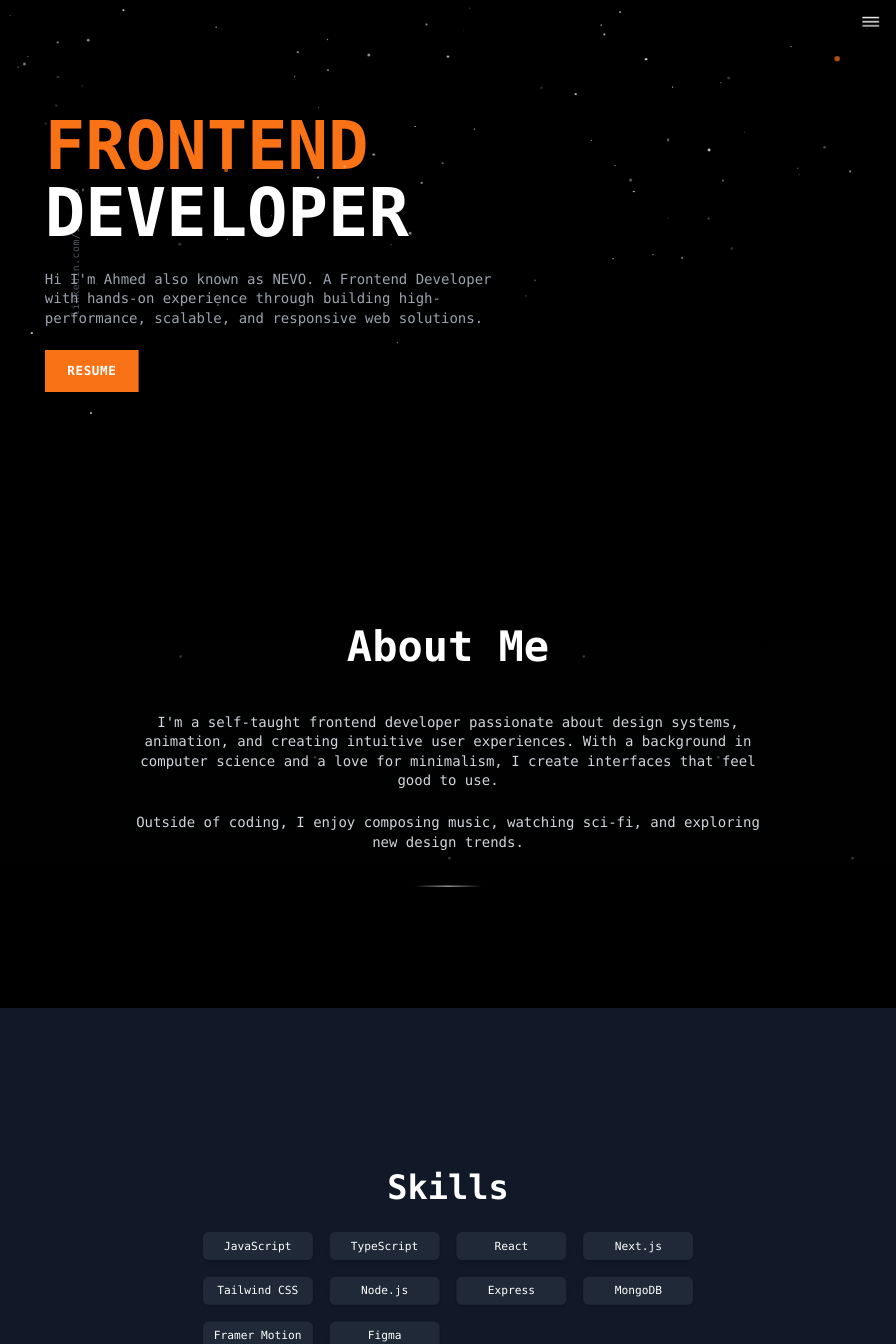
Repository: AnupriyaBiswas/Portfolio
Page: /
An editor plug-in stored every save of this project. The page is shown before and after the next save, followed by the edit.
The browser window is 1280 px wide. The pictures show the part of the page from y = 0 to 1920 px (the page is 4324 px tall), at 70% of full size.
The project was rebuilt for these pictures with package versions that can differ from the ones it lists, and the page was loaded fresh each time. Some packages were replaced by stand-ins written for this rebuild. The framework's server and built-in components were replaced by stand-ins that run in the browser. Also part of the build but not shown: next.config.js.

Above is the page before, as saved 2025-07-15 10:41:28.

### pages/_app.js
// D:\Programs\Projects\portfolio\pages\_app.js
import "../styles/globals.css";

export default function App({ Component, pageProps }) {
  return <Component {...pageProps} />;
}

### pages/_document.js
// D:\Programs\Projects\portfolio\pages\_document.js
import { Html, Head, Main, NextScript } from "next/document";

export default function Document() {
  return (
    <Html lang="en">
      <Head>
        <link rel="icon" href="/assets/avatar.png" />
        <meta name="theme-color" content="#000000" />
        <meta name="description" content="Portfolio Website" />
        <link
          href="https://fonts.googleapis.com/css2?family=Fira+Code&display=swap"
          rel="stylesheet"
        />
      </Head>
      <body className="bg-black text-white font-mono">
        <Main />
        <NextScript />
      </body>
    </Html>
  );
}

### pages/index.js
// D:\Programs\Projects\portfolio\pages\index.js
import Head from "next/head";
import Main from "../components/Main";

export default function Home() {
  return (
    <>
      <Head>
        <title>Portfolio</title>
      </Head>
      <Main />
    </>
  );
}

### styles/globals.css
/* D:\Programs\Projects\portfolio\styles\globals.css */

@tailwind base;
@tailwind components;
@tailwind utilities;

/* Custom font (like Nevo uses) */
body {
  font-family: 'Fira Code', monospace;
  scroll-behavior: smooth;
  background-color: #000;
  color: #fff;
}

/* Scrollbar styling */
::-webkit-scrollbar {
  width: 8px;
}
::-webkit-scrollbar-thumb {
  background-color: #444;
  border-radius: 4px;
}
::-webkit-scrollbar-track {
  background-color: #111;
}

/* Anchor hover underline */
a {
  transition: color 0.3s ease;
}
a:hover {
  text-decoration: underline;
}

/* Smooth section animation */
section {
  transition: opacity 0.5s ease, transform 0.5s ease;
}

### components/Main.jsx
// D:\Programs\Projects\portfolio\components\Main.jsx
import React from "react";
import Hero from "./Hero";
import About from "./About";
import Skills from "./Skills";
import Projects from "./Projects";
import Research from "./Research";
import Contact from "./Contact";

const Main = () => {
  return (
    <main className="w-full h-full scroll-smooth">
      <Hero />
      <About />
      <Skills />
      <Projects />
      <Research />
      <Contact />
    </main>
  );
};

export default Main;

### components/Hero.jsx
import React, { useEffect, useState } from "react";

const Hero = () => {
  const [stars, setStars] = useState([]);

  useEffect(() => {
    // Generate random stars
    const generateStars = () => {
      const newStars = [];
      for (let i = 0; i < 150; i++) {
        newStars.push({
          id: i,
          x: Math.random() * 100,
          y: Math.random() * 100,
          size: Math.random() * 3 + 1,
          opacity: Math.random() * 0.8 + 0.2,
          animationDelay: Math.random() * 3,
        });
      }
      setStars(newStars);
    };

    generateStars();
  }, []);

  return (
    <section
      id="hero"
      className="min-h-screen flex items-center justify-between px-4 md:px-16 bg-black text-white relative overflow-hidden"
    >
      {/* Animated Stars Background */}
      <div className="absolute inset-0 overflow-hidden z-20">
        {stars.map((star) => (
          <div
            key={star.id}
            className="absolute rounded-full bg-white"
            style={{
              left: `${star.x}%`,
              top: `${star.y}%`,
              width: `${star.size}px`,
              height: `${star.size}px`,
              opacity: star.opacity,
              animation: `fall ${15 + Math.random() * 10}s linear infinite`,
              animationDelay: `${star.animationDelay}s`,
            }}
          />
        ))}
      </div>

      {/* Add keyframe animations */}
      <style jsx>{`
        @keyframes fall {
          0% {
            transform: translateY(-100vh);
          }
          100% {
            transform: translateY(100vh);
          }
        }

        @keyframes floatUp {
          0% {
            transform: translateY(100vh) rotate(0deg);
          }
          10% {
            transform: translateY(85vh) rotate(1deg);
          }
          20% {
            transform: translateY(70vh) rotate(-0.5deg);
          }
          30% {
            transform: translateY(50vh) rotate(1.5deg);
          }
          40% {
            transform: translateY(35vh) rotate(-1deg);
          }
          50% {
            transform: translateY(20vh) rotate(0.5deg);
          }
          60% {
            transform: translateY(10vh) rotate(-1.5deg);
          }
          70% {
            transform: translateY(-5vh) rotate(1deg);
          }
          80% {
            transform: translateY(-20vh) rotate(-0.5deg);
          }
          87% {
            transform: translateY(-100vh) rotate(0deg);
          }
          100% {
            transform: translateY(-100vh) rotate(0deg);
          }
        }
      `}</style>

      {/* Hamburger Menu */}
      <div className="absolute top-6 right-6 z-50">
        <button className="flex flex-col space-y-1 cursor-pointer">
          <div className="w-6 h-0.5 bg-white"></div>
          <div className="w-6 h-0.5 bg-white"></div>
          <div className="w-6 h-0.5 bg-white"></div>
        </button>
      </div>

      {/* Left Side - Main Content */}
      <div className="flex-1 max-w-3xl z-10">
        <h1 className="text-6xl md:text-8xl font-bold leading-tight mb-8">
          <span className="text-orange-500">FRONTEND</span>
          <br />
          <span className="text-white">DEVELOPER</span>
        </h1>

        <p className="text-gray-400 text-lg md:text-xl mb-8 max-w-2xl leading-relaxed">
          Hi I'm Ahmed also known as NEVO. A Frontend Developer with
          hands-on experience through building high-performance, scalable,
          and responsive web solutions.
        </p>

        <button className="bg-orange-500 hover:bg-orange-600 text-white px-8 py-4 rounded-none font-semibold text-lg tracking-wider transition-colors duration-300">
          RESUME
        </button>
      </div>

      {/* Right Side - Image */}
      <div className="hidden lg:block flex-1 max-w-md z-10 flex justify-end items-end pr-0 pb-16">
        <img
          src="/assets/with_balloons.png"
          alt="With Balloons"
          className="max-w-full object-contain"
          style={{
            height: '30vh',
            animation: 'floatUp 30s ease-in-out infinite'
          }}
        />
      </div>

      {/* Vertical Text */}
      <div className="absolute left-4 top-1/2 transform -translate-y-1/2 -rotate-90 text-gray-600 text-sm tracking-wider hidden md:block">
        linkedin.com/in/nevo
      </div>

      {/* Decorative Elements */}
      <div className="absolute top-20 right-20 w-2 h-2 bg-orange-500 rounded-full animate-pulse"></div>
      <div className="absolute bottom-32 left-32 w-1 h-1 bg-white rounded-full animate-pulse"></div>
      <div className="absolute top-1/3 left-1/4 w-1.5 h-1.5 bg-orange-500 rounded-full animate-pulse"></div>
    </section>
  );
};

export default Hero;

### components/About.jsx
import React, { useEffect, useRef, useState } from "react";

const About = () => {
  const [isVisible, setIsVisible] = useState(false);
  const sectionRef = useRef(null);

  useEffect(() => {
    const observer = new IntersectionObserver(
      ([entry]) => {
        if (entry.isIntersecting) {
          setIsVisible(true);
        }
      },
      {
        threshold: 0.3,
        rootMargin: "0px 0px -100px 0px"
      }
    );

    if (sectionRef.current) {
      observer.observe(sectionRef.current);
    }

    return () => {
      if (sectionRef.current) {
        observer.unobserve(sectionRef.current);
      }
    };
  }, []);

  return (
    <section
      ref={sectionRef}
      id="about"
      className="min-h-screen flex flex-col justify-center items-center px-4 md:px-20 py-20 bg-black text-white relative overflow-hidden"
    >
      {/* Subtle background gradient */}
      <div className="absolute inset-0 bg-gradient-to-b from-transparent via-gray-900/5 to-transparent"></div>

      <div className="relative z-10 max-w-4xl">
        {/* Animated heading */}
        <h2
          className={`text-4xl md:text-6xl font-bold mb-16 text-center transition-all duration-1000 ease-out ${
            isVisible
              ? 'opacity-100 translate-y-0'
              : 'opacity-0 translate-y-8'
          }`}
          style={{
            transitionDelay: isVisible ? '0.2s' : '0s'
          }}
        >
          About Me
        </h2>

        {/* Animated content container */}
        <div className="space-y-8">
          <p
            className={`text-lg md:text-xl text-gray-300 leading-relaxed text-center transition-all duration-1000 ease-out ${
              isVisible
                ? 'opacity-100 translate-y-0'
                : 'opacity-0 translate-y-8'
            }`}
            style={{
              transitionDelay: isVisible ? '0.4s' : '0s'
            }}
          >
            I'm a self-taught frontend developer passionate about design systems,
            animation, and creating intuitive user experiences. With a background
            in computer science and a love for minimalism, I create interfaces
            that feel good to use.
          </p>

          <p
            className={`text-lg md:text-xl text-gray-300 leading-relaxed text-center transition-all duration-1000 ease-out ${
              isVisible
                ? 'opacity-100 translate-y-0'
                : 'opacity-0 translate-y-8'
            }`}
            style={{
              transitionDelay: isVisible ? '0.6s' : '0s'
            }}
          >
            Outside of coding, I enjoy composing music, watching sci-fi, and
            exploring new design trends.
          </p>
        </div>

        {/* Animated decorative line */}
        <div
          className={`w-24 h-0.5 bg-gradient-to-r from-transparent via-white to-transparent mx-auto mt-12 transition-all duration-1000 ease-out ${
            isVisible
              ? 'opacity-60 scale-x-100'
              : 'opacity-0 scale-x-0'
          }`}
          style={{
            transitionDelay: isVisible ? '0.8s' : '0s'
          }}
        ></div>
      </div>

      {/* Subtle floating particles effect */}
      <div className="absolute inset-0 pointer-events-none">
        {[...Array(6)].map((_, i) => (
          <div
            key={i}
            className={`absolute w-1 h-1 bg-white rounded-full transition-all duration-2000 ease-out ${
              isVisible ? 'opacity-20' : 'opacity-0'
            }`}
            style={{
              left: `${20 + i * 15}%`,
              top: `${30 + (i % 3) * 20}%`,
              animationDelay: `${i * 0.5}s`,
              transitionDelay: isVisible ? `${1 + i * 0.1}s` : '0s'
            }}
          ></div>
        ))}
      </div>
    </section>
  );
};

export default About;

### components/Skills.jsx
// D:\Programs\Projects\portfolio\components\Skills.jsx
import React from "react";

const skills = [
  "JavaScript",
  "TypeScript",
  "React",
  "Next.js",
  "Tailwind CSS",
  "Node.js",
  "Express",
  "MongoDB",
  "Framer Motion",
  "Figma",
];

const Skills = () => {
  return (
    <section
      id="skills"
      className="min-h-screen flex flex-col justify-center items-center px-4 md:px-20 py-20 bg-gray-900 text-white"
    >
      <h2 className="text-3xl md:text-5xl font-bold mb-10 text-center">
        Skills
      </h2>
      <div className="grid grid-cols-2 sm:grid-cols-3 md:grid-cols-4 gap-6 text-center">
        {skills.map((skill, index) => (
          <div
            key={index}
            className="px-4 py-2 bg-gray-800 hover:bg-gray-700 transition rounded-lg shadow-md text-sm md:text-base"
          >
            {skill}
          </div>
        ))}
      </div>
    </section>
  );
};

export default Skills;

### components/Projects.jsx
// D:\Programs\Projects\portfolio\components\Projects.jsx
import React from "react";

const projects = [
  {
    title: "Portfolio Website",
    description:
      "A modern, responsive portfolio built with Next.js and Tailwind CSS, showcasing my work and skills.",
    tech: ["Next.js", "Tailwind", "Framer Motion"],
    link: "https://github.com/nevo/portfolio",
  },
  {
    title: "Weather App",
    description:
      "A minimal weather app using the OpenWeatherMap API to display real-time weather updates.",
    tech: ["React", "API", "CSS Modules"],
    link: "https://github.com/nevo/weather-app",
  },
  {
    title: "Blog Platform",
    description:
      "A Markdown-based blogging platform with syntax highlighting, search, and responsive design.",
    tech: ["Next.js", "MDX", "Tailwind"],
    link: "https://github.com/nevo/blog-platform",
  },
];

const Projects = () => {
  return (
    <section
      id="projects"
      className="min-h-screen flex flex-col justify-center items-center px-4 md:px-20 py-20 bg-black text-white"
    >
      <h2 className="text-3xl md:text-5xl font-bold mb-10 text-center">
        Projects
      </h2>
      <div className="grid gap-10 md:grid-cols-2">
        {projects.map((project, idx) => (
          <div
            key={idx}
            className="bg-gray-900 p-6 rounded-xl border border-gray-700 hover:shadow-lg transition"
          >
            <h3 className="text-2xl font-semibold mb-2">{project.title}</h3>
            <p className="text-gray-400 mb-4">{project.description}</p>
            <div className="flex flex-wrap gap-2 mb-4">
              {project.tech.map((tech, i) => (
                <span
                  key={i}
                  className="text-xs bg-gray-800 text-gray-300 px-2 py-1 rounded"
                >
                  {tech}
                </span>
              ))}
            </div>
            <a
              href={project.link}
              target="_blank"
              rel="noopener noreferrer"
              className="text-blue-400 hover:underline text-sm"
            >
              View Project →
            </a>
          </div>
        ))}
      </div>
    </section>
  );
};

export default Projects;

### components/Research.jsx
// D:\Programs\Projects\portfolio\components\Research.jsx
import React from "react";

const researchItems = [
  {
    title: "Optimizing Neural Interfaces for Real-time Processing",
    summary:
      "A deep learning-based approach to improve latency and accuracy in neural interfaces for prosthetic control.",
    link: "https://example.com/research/neural-interfaces",
  },
  {
    title: "Human Gait Analysis using Multimodal Sensors",
    summary:
      "Research focusing on using EMG and IMU data fusion to differentiate gait patterns in Parkinson's disease.",
    link: "https://example.com/research/gait-analysis",
  },
];

const Research = () => {
  return (
    <section
      id="research"
      className="min-h-screen flex flex-col justify-center items-center px-4 md:px-20 py-20 bg-gray-900 text-white"
    >
      <h2 className="text-3xl md:text-5xl font-bold mb-10 text-center">
        Research
      </h2>
      <div className="grid gap-10 max-w-4xl">
        {researchItems.map((item, index) => (
          <div
            key={index}
            className="bg-gray-800 p-6 rounded-xl border border-gray-700 hover:shadow-lg transition"
          >
            <h3 className="text-2xl font-semibold mb-2">{item.title}</h3>
            <p className="text-gray-400 mb-4">{item.summary}</p>
            <a
              href={item.link}
              target="_blank"
              rel="noopener noreferrer"
              className="text-blue-400 hover:underline text-sm"
            >
              View Research →
            </a>
          </div>
        ))}
      </div>
    </section>
  );
};

export default Research;

### components/Contact.jsx
import React from "react";
import { Activity, Mail } from "lucide-react";

const Contact = () => {
  return (
    <section
      id="contact"
      className="min-h-screen flex flex-col justify-center items-center px-4 md:px-20 py-20 bg-black text-white"
    >
      <h2 className="text-3xl md:text-5xl font-bold mb-10 text-center">
        Contact Me
      </h2>
      <p className="text-lg text-gray-400 mb-8 text-center max-w-xl">
        I'm always open to discussing new projects, creative ideas, or
        opportunities to be part of your visions. Feel free to reach out!
      </p>
      <div className="flex gap-6 mt-4 text-gray-400">
        <a
          href="mailto:youremail@example.com"
          className="hover:text-white transition"
          aria-label="Email"
        >
          <Mail size={28} />
        </a>
        <a
          href="https://github.com/yourgithub"
          target="_blank"
          rel="noopener noreferrer"
          className="hover:text-white transition"
          aria-label="GitHub"
        >
          <Activity size={28} />
        </a>
        <a
          href="https://linkedin.com/in/yourlinkedin"
          target="_blank"
          rel="noopener noreferrer"
          className="hover:text-white transition"
          aria-label="LinkedIn"
        >
          <Activity size={28} />
        </a>
      </div>
    </section>
  );
};

export default Contact;

### tailwind.config.js
/** @type {import('tailwindcss').Config} */
// tailwind.config.js
module.exports = {
  content: [
    "./pages/**/*.{js,ts,jsx,tsx}",
    "./components/**/*.{js,ts,jsx,tsx}",
  ],
  theme: {
    extend: {
      fontFamily: {
        sans: ["Sora", "sans-serif"], // default font
        sora: ["Sora", "sans-serif"],
      },
    },
  },
  plugins: [],
};

After the next save:
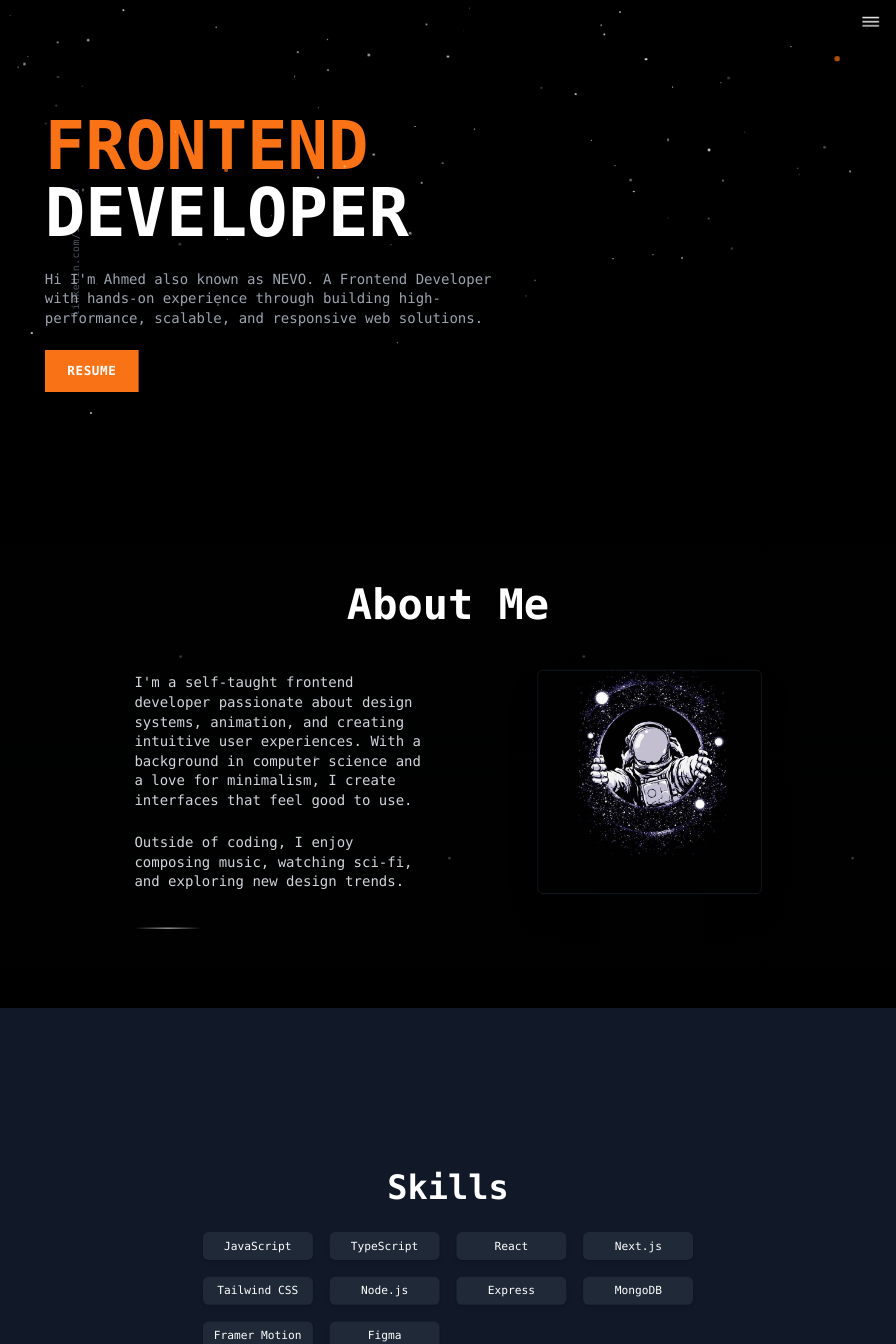
Saved 6 min 37 s later.
--- a/components/About.jsx
+++ b/components/About.jsx
@@ -53,47 +53,68 @@ const About = () => {
         </h2>
 
         {/* Animated content container */}
-        <div className="space-y-8">
-          <p
-            className={`text-lg md:text-xl text-gray-300 leading-relaxed text-center transition-all duration-1000 ease-out ${
+        <div className="grid grid-cols-1 lg:grid-cols-2 gap-12 items-center">
+          {/* Text content */}
+          <div className="space-y-8">
+            <p
+              className={`text-lg md:text-xl text-gray-300 leading-relaxed text-left transition-all duration-1000 ease-out ${
+                isVisible
+                  ? 'opacity-100 translate-y-0'
+                  : 'opacity-0 translate-y-8'
+              }`}
+              style={{
+                transitionDelay: isVisible ? '0.4s' : '0s'
+              }}
+            >
+              I'm a self-taught frontend developer passionate about design systems,
+              animation, and creating intuitive user experiences. With a background
+              in computer science and a love for minimalism, I create interfaces
+              that feel good to use.
+            </p>
+
+            <p
+              className={`text-lg md:text-xl text-gray-300 leading-relaxed text-left transition-all duration-1000 ease-out ${
+                isVisible
+                  ? 'opacity-100 translate-y-0'
+                  : 'opacity-0 translate-y-8'
+              }`}
+              style={{
+                transitionDelay: isVisible ? '0.6s' : '0s'
+              }}
+            >
+              Outside of coding, I enjoy composing music, watching sci-fi, and
+              exploring new design trends.
+            </p>
+          </div>
+
+          {/* Image */}
+          <div
+            className={`flex justify-center lg:justify-end transition-all duration-1000 ease-out ${
               isVisible
                 ? 'opacity-100 translate-y-0'
                 : 'opacity-0 translate-y-8'
             }`}
             style={{
-              transitionDelay: isVisible ? '0.4s' : '0s'
+              transitionDelay: isVisible ? '0.8s' : '0s'
             }}
           >
-            I'm a self-taught frontend developer passionate about design systems,
-            animation, and creating intuitive user experiences. With a background
-            in computer science and a love for minimalism, I create interfaces
-            that feel good to use.
-          </p>
-
-          <p
-            className={`text-lg md:text-xl text-gray-300 leading-relaxed text-center transition-all duration-1000 ease-out ${
-              isVisible
-                ? 'opacity-100 translate-y-0'
-                : 'opacity-0 translate-y-8'
-            }`}
-            style={{
-              transitionDelay: isVisible ? '0.6s' : '0s'
-            }}
-          >
-            Outside of coding, I enjoy composing music, watching sci-fi, and
-            exploring new design trends.
-          </p>
+            <img
+              src="/assets/about.jpg"
+              alt="About me"
+              className="w-80 h-80 object-cover rounded-lg shadow-2xl border border-gray-800"
+            />
+          </div>
         </div>
 
         {/* Animated decorative line */}
         <div
-          className={`w-24 h-0.5 bg-gradient-to-r from-transparent via-white to-transparent mx-auto mt-12 transition-all duration-1000 ease-out ${
+          className={`w-24 h-0.5 bg-gradient-to-r from-transparent via-white to-transparent mt-12 transition-all duration-1000 ease-out ${
             isVisible
               ? 'opacity-60 scale-x-100'
               : 'opacity-0 scale-x-0'
           }`}
           style={{
-            transitionDelay: isVisible ? '0.8s' : '0s'
+            transitionDelay: isVisible ? '1.0s' : '0s'
           }}
         ></div>
       </div>
